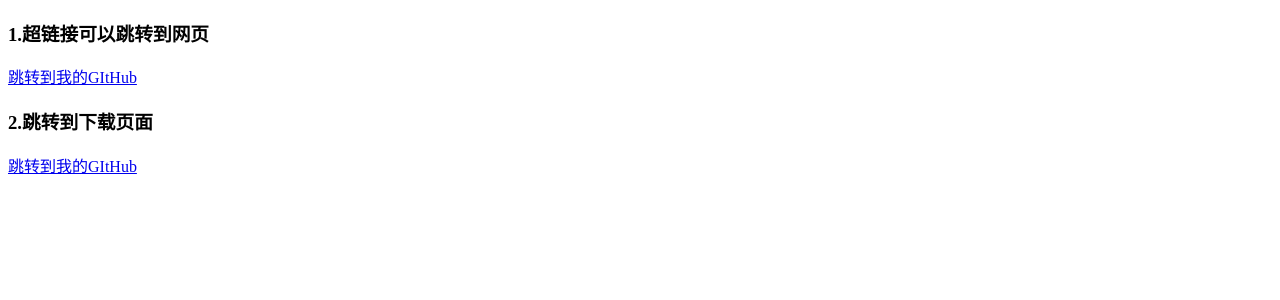
Repository: jarvanstack/vscode
Page: HTML/HTML超链接有哪些.html
An editor plug-in stored every save of this project. The page is shown before and after the next save, followed by the edit.
The browser window is 1280 px wide. The pictures show the whole page.

Above is the page before, as saved 2020-06-11 09:27:47.

After the next save:
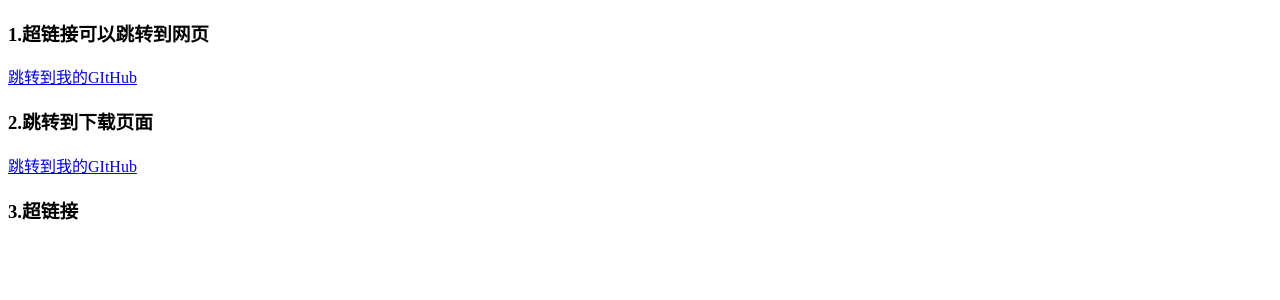
Saved 35 s later.
--- a/HTML/HTML超链接有哪些.html
+++ b/HTML/HTML超链接有哪些.html
@@ -9,6 +9,7 @@
     <h3>1.超链接可以跳转到网页</h3>
     <a href="https://github.com/dengjiawen8955">跳转到我的GItHub</a>
     <h3>2.跳转到下载页面</h3>
-    <a href="https://github.com/dengjiawen8955">跳转到我的GItHub</a>
+    <a href="XXX.mp3">跳转到我的GItHub</a>
+    <h3>3.超链接</h3>
 </body>
 </html>
